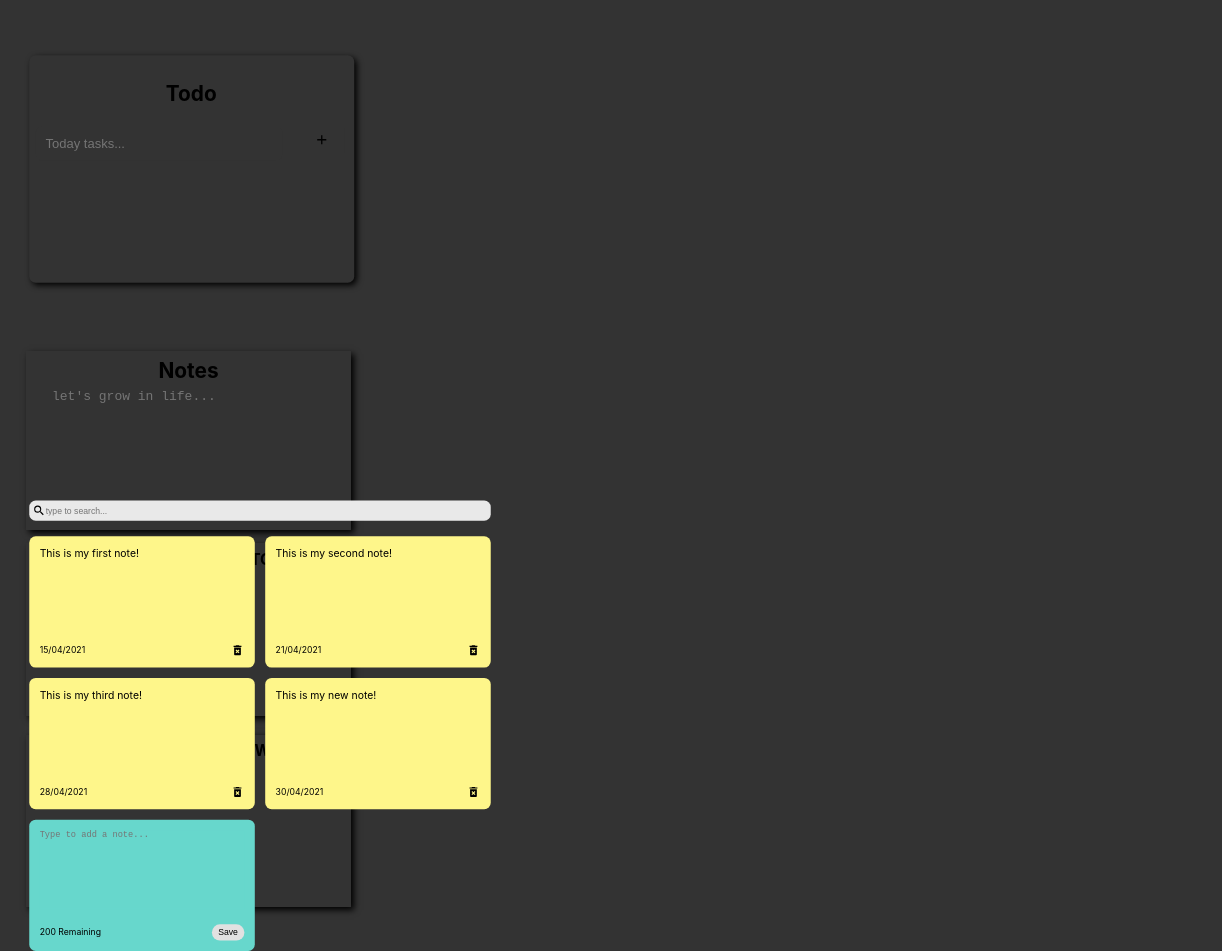
Repository: subhamRsahoo/note
Page: /
The author's editor kept a copy of each file at every save. The page is drawn from the files as they stood at one save, then again after the next save.
The browser window is 1280 px wide. The page is 1310 px wide, then 1880 px, so the pictures cover 1880 px, including what lies to the right of the window. The pictures show the whole page, at 65% of full size.
The project was rebuilt for these pictures with package versions that can differ from the ones it lists, and the page was loaded fresh each time.

Above is the page before, as saved 2021-07-15 17:38:48.

After the next save:
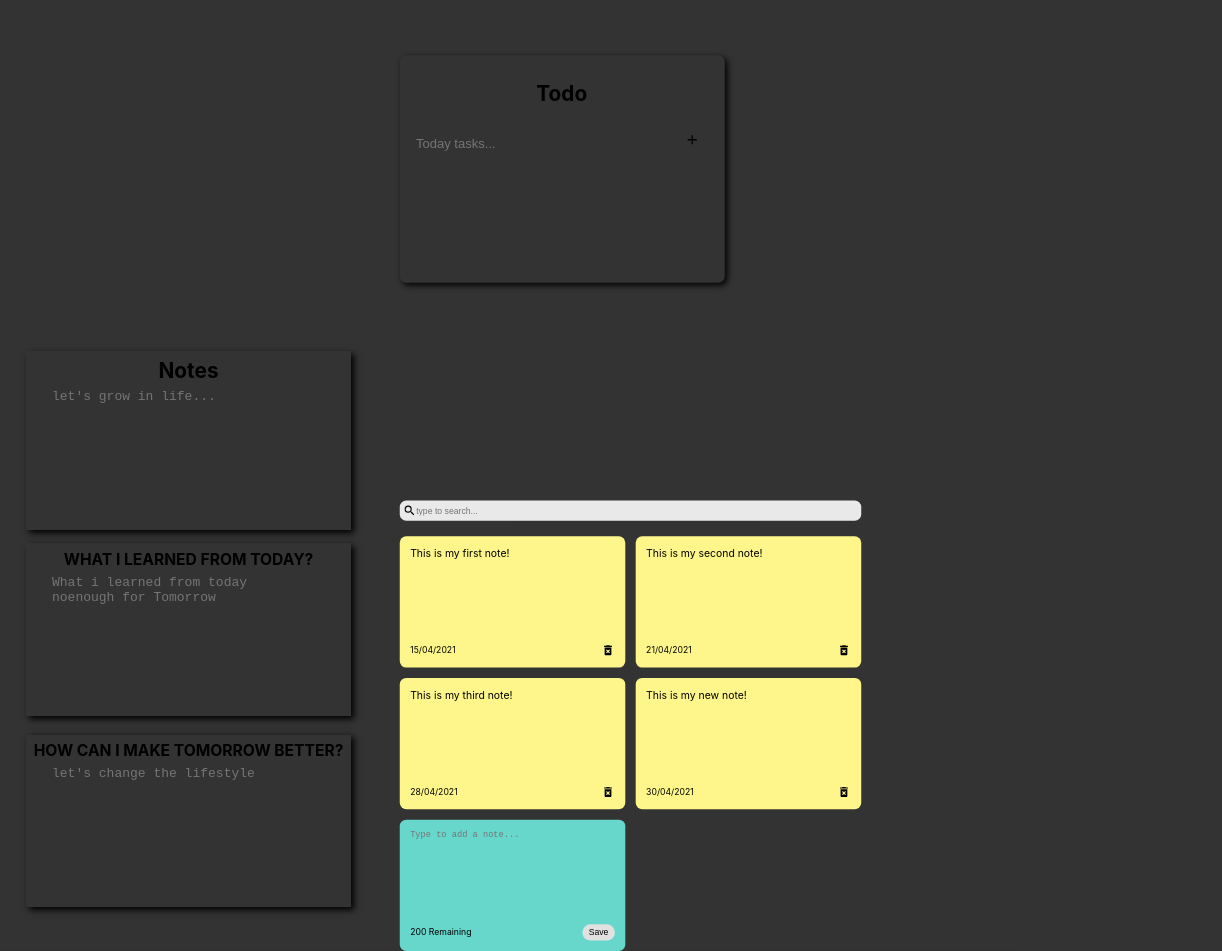
Saved 20 s later.
--- a/src/components/New folder/index.css
+++ b/src/components/New folder/index.css
@@ -29,7 +29,8 @@ code {
 .container {
 	min-width: 1260px;
 	/* margin-right: auto; */
-	margin-left: 600px;
+	position: relative;
+	left: 600px;
 	padding-right: 15px;
 	padding-left: 15px;
 	min-height: 500px;
